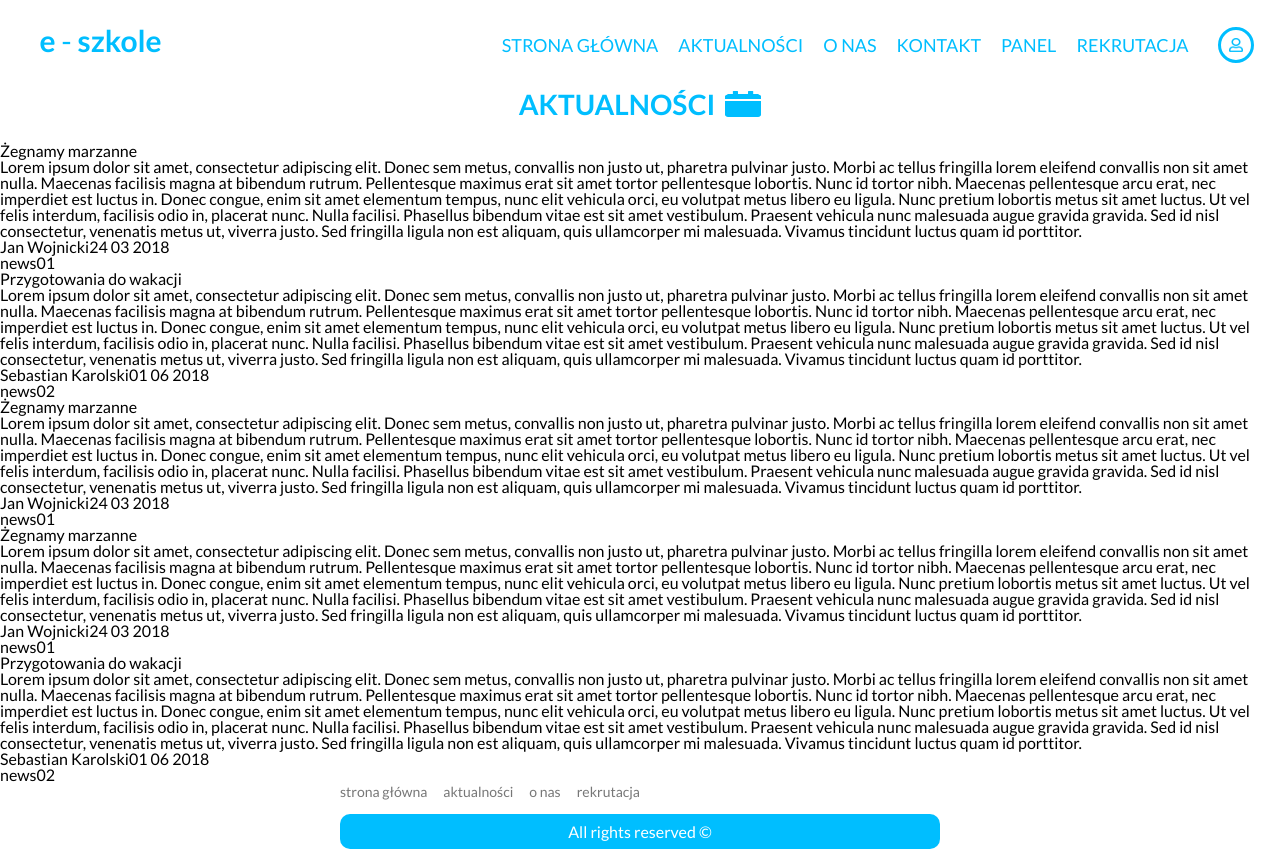
Repository: Votex874/e-szkole
Page: /blog (app in app/)
An editor plug-in stored every save of this project. The page is shown before and after the next save, followed by the edit.
The browser window is 1280 px wide. The pictures show the whole page.
The project was rebuilt for these pictures with package versions that can differ from the ones it lists, and the page was loaded fresh each time. Also part of the build but not shown: app/src/components/News/Title/index.js, app/src/components/News/Content/index.js, app/src/components/News/Avatar/index.js, app/src/components/News/Footer/index.js, app/src/components/News/index.js, app/src/components/AboutUs/Content/index.js, app/src/components/AboutUs/index.js, app/src/components/Graduates/ListItem/index.js and 11 more.

Above is the page before, as saved 2019-03-05 18:01:50.

After the next save:
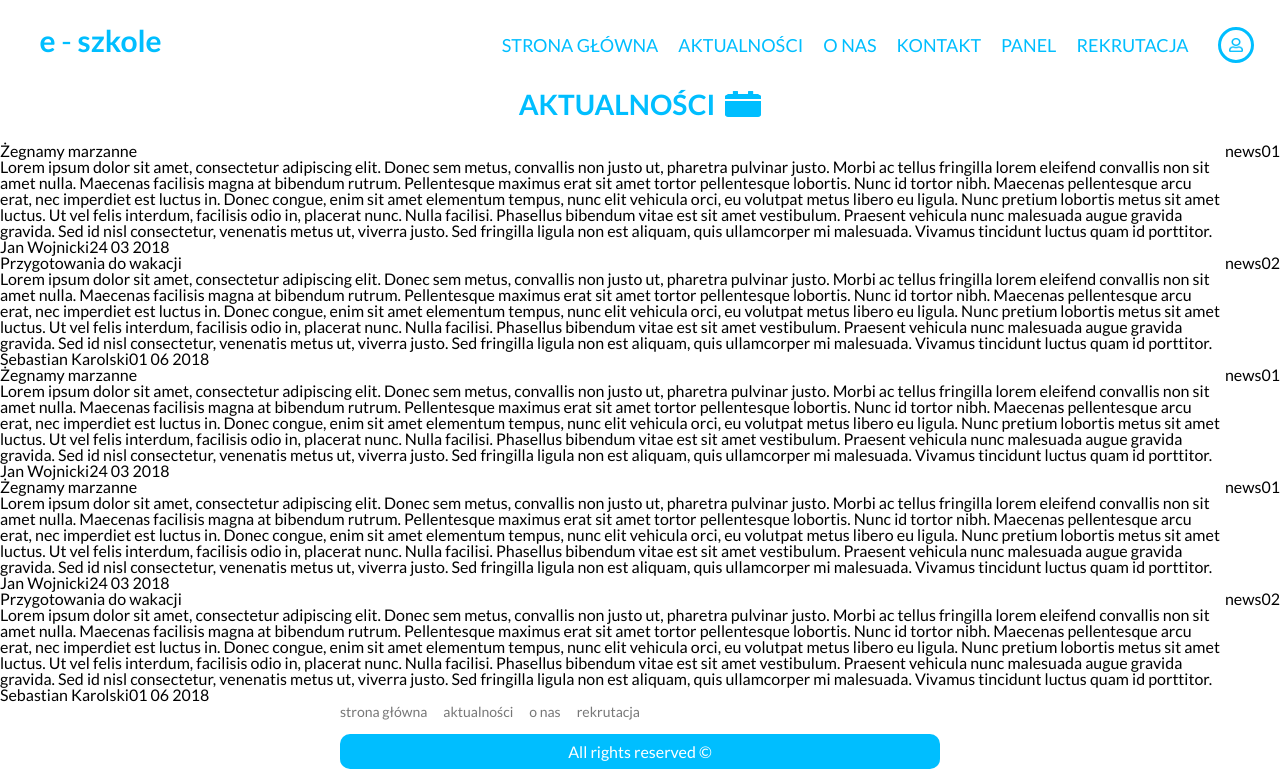
Saved 23 s later.
--- a/app/src/components/Blog/Post/index.js
+++ b/app/src/components/Blog/Post/index.js
@@ -7,7 +7,11 @@ import Footer from './Footer/index'
 import Title from './Title/index'
 
 const PostContainer = styled.article`
+  display: flex;
 
+  @media (max-width: 767px){
+    flex-direction: column-reverse;
+  }
 `
 
 const ContentContainer = styled.section`
